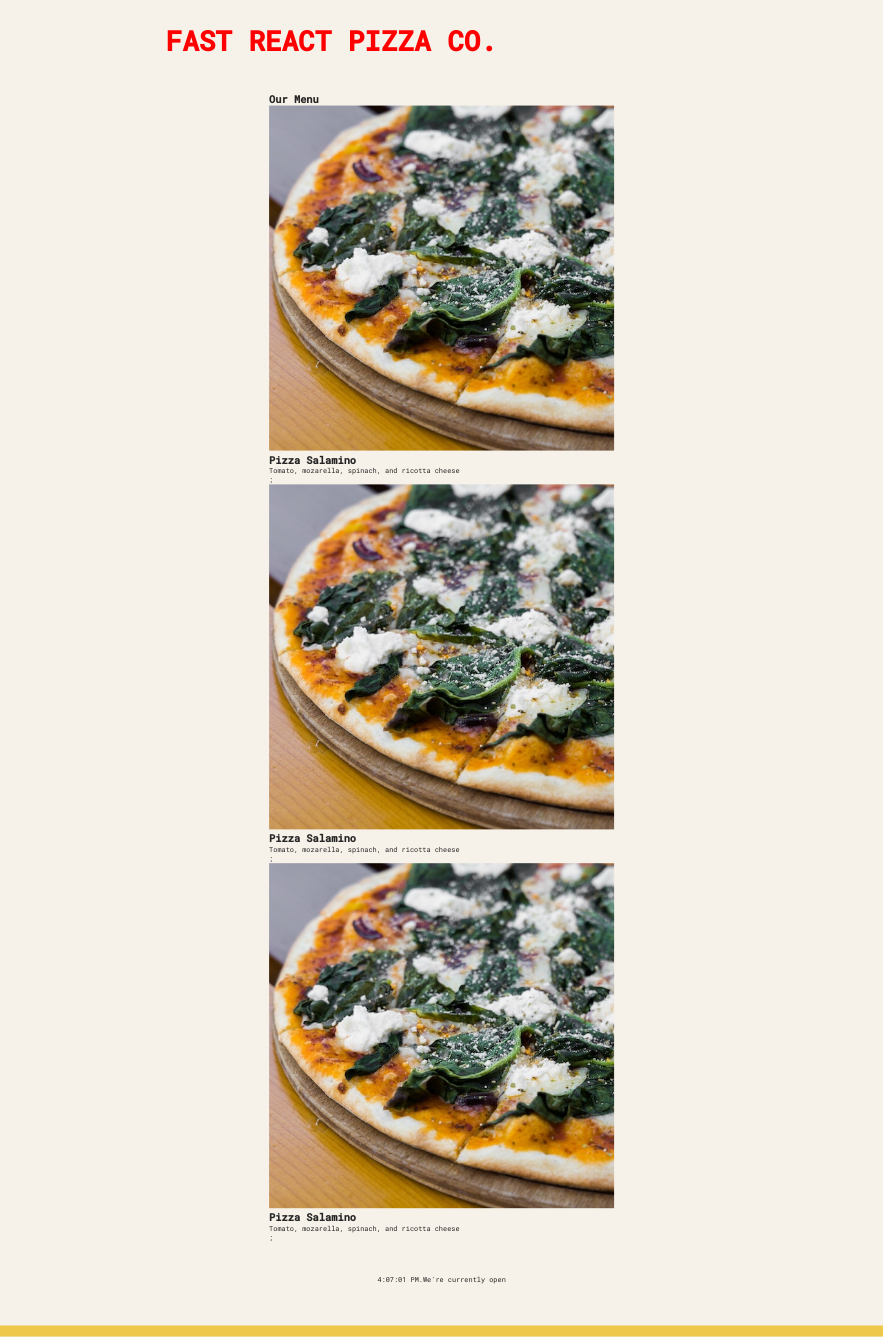
Repository: Aaryan-Poria/pizza-menu
Page: /
An editor plug-in stored every save of this project. The page is shown before and after the next save, followed by the edit.
The browser window is 1280 px wide. The pictures show the whole page, at 69% of full size.
The project was rebuilt for these pictures with package versions that can differ from the ones it lists, and the page was loaded fresh each time.

Above is the page before, as saved 2023-10-09 13:46:47.

### src/index.js
import React from "react";
import ReactDOM from "react-dom/client";
import "./index.css";

const pizzaData = [
  {
    name: "Focaccia",
    ingredients: "Bread with italian olive oil and rosemary",
    price: 6,
    photoName: "pizzas/focaccia.jpg",
    soldOut: false,
  },
  {
    name: "Pizza Margherita",
    ingredients: "Tomato and mozarella",
    price: 10,
    photoName: "pizzas/margherita.jpg",
    soldOut: false,
  },
  {
    name: "Pizza Spinaci",
    ingredients: "Tomato, mozarella, spinach, and ricotta cheese",
    price: 12,
    photoName: "pizzas/spinaci.jpg",
    soldOut: false,
  },
  {
    name: "Pizza Funghi",
    ingredients: "Tomato, mozarella, mushrooms, and onion",
    price: 12,
    photoName: "pizzas/funghi.jpg",
    soldOut: false,
  },
  {
    name: "Pizza Salamino",
    ingredients: "Tomato, mozarella, and pepperoni",
    price: 15,
    photoName: "pizzas/salamino.jpg",
    soldOut: true,
  },
  {
    name: "Pizza Prosciutto",
    ingredients: "Tomato, mozarella, ham, aragula, and burrata cheese",
    price: 18,
    photoName: "pizzas/prosciutto.jpg",
    soldOut: false,
  },
];

function App() {
  return (
    <div className="container">
      <Header />
      <Menu />
      <Footer />
    </div>
  );
}

function Pizza() {
  return (
    <div>
      <img src="pizzas/spinaci.jpg" alt="Pizza-Spinaci.img"></img>
      <h2> Pizza Salamino</h2>
      <p>Tomato, mozarella, spinach, and ricotta cheese</p>;
    </div>
  );
}

function Header() {
  const style = { color: "red", fontSize: "40px", textTransform: "uppercase" }; // A JS Object
  return (
    <h1 style={style} className="header">
      Fast React Pizza Co.
    </h1>
  ); // CSS in JSX is an object. We have another {} to basically enter JS Mode
}
function Menu() {
  return (
    <div>
      <h2> Our Menu</h2>
      <Pizza />
      <Pizza />
      <Pizza />
    </div>
  );
}
function Footer() {
  const hour = new Date().getHours();
  const openingHour = 8;
  const closingHour = 23;

  const isOpen = hour >= openingHour && hour <= closingHour;
  console.log(isOpen);

  return (
    <footer>{new Date().toLocaleTimeString()}.We're currently open</footer>
  );
}

// React Version 18 and further
const root = ReactDOM.createRoot(document.getElementById("root"));
root.render(
  <React.StrictMode>
    <App />
  </React.StrictMode>
);

Loaded but not shown: public/index.html (common file); src/index.css (common file)

After the next save:
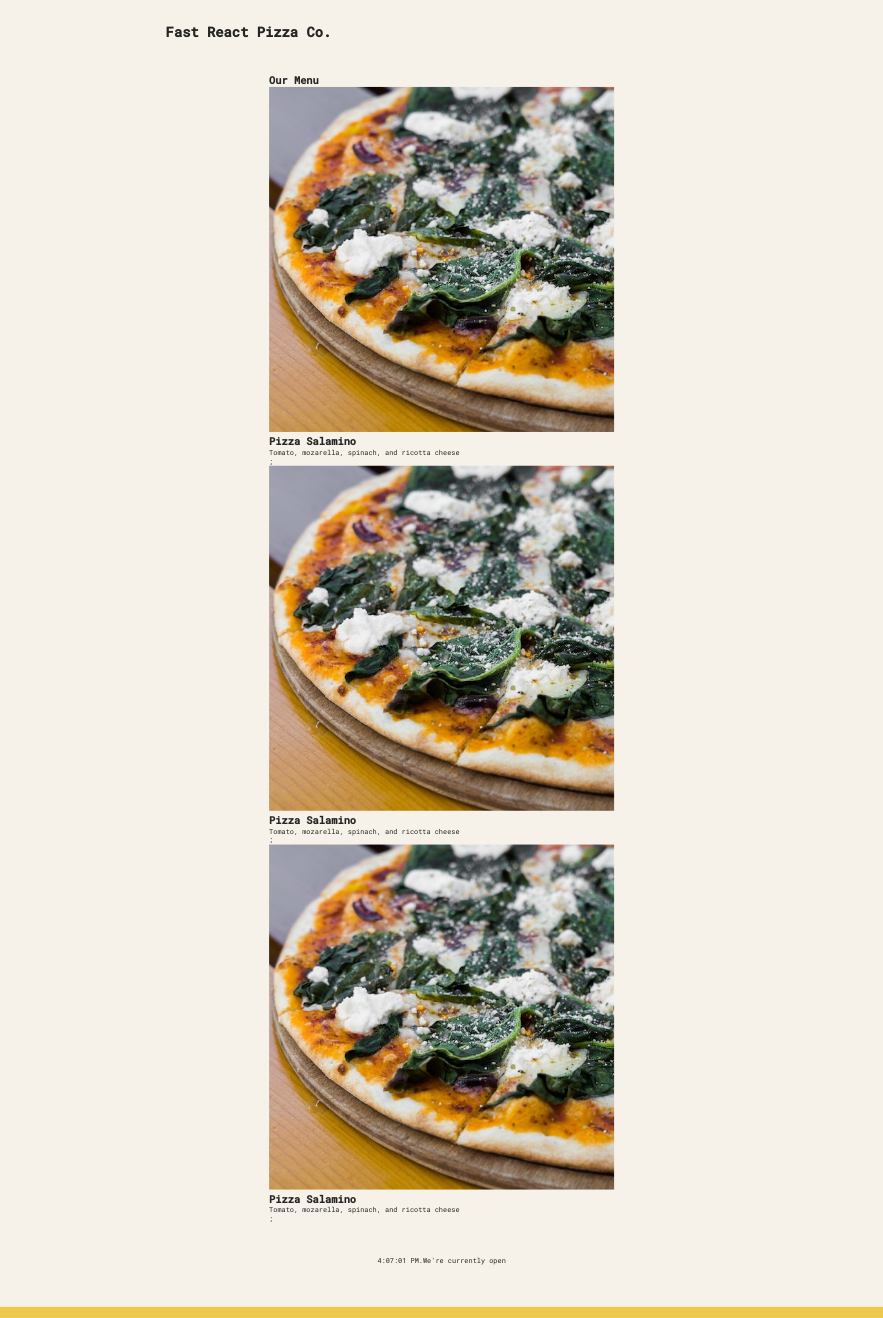
Saved 35 s later.
--- a/src/index.js
+++ b/src/index.js
@@ -68,7 +68,7 @@ function Pizza() {
 }
 
 function Header() {
-  const style = { color: "red", fontSize: "40px", textTransform: "uppercase" }; // A JS Object
+  const style = {}; // A JS Object
   return (
     <h1 style={style} className="header">
       Fast React Pizza Co.
